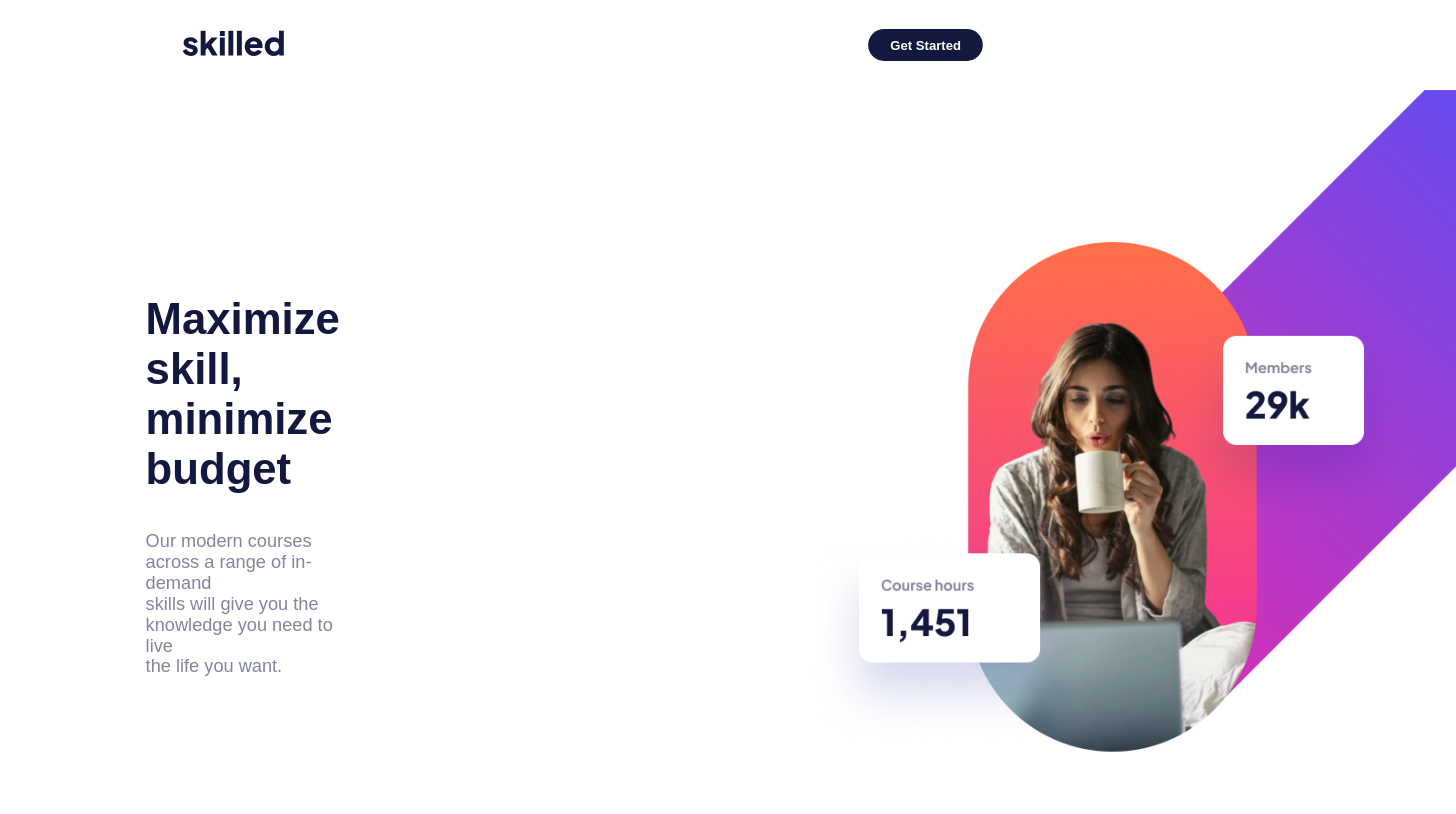
Repository: exe-walt/E-Learning-Landing-Page
Page: index.html
These files come from the project's save history. The page is drawn as it stood at one moment and after the next save; the edit follows.
The browser window is 1280 px wide. The page is 1600 px wide, then 1280 px, so the pictures cover 1600 px, including what lies to the right of the window. The pictures show the whole page, at 91% of full size.
Some web fonts or font styles are not loaded; a fallback is used.

Above is the page before, as saved 2025-05-27 21:38:52.

After the next save:
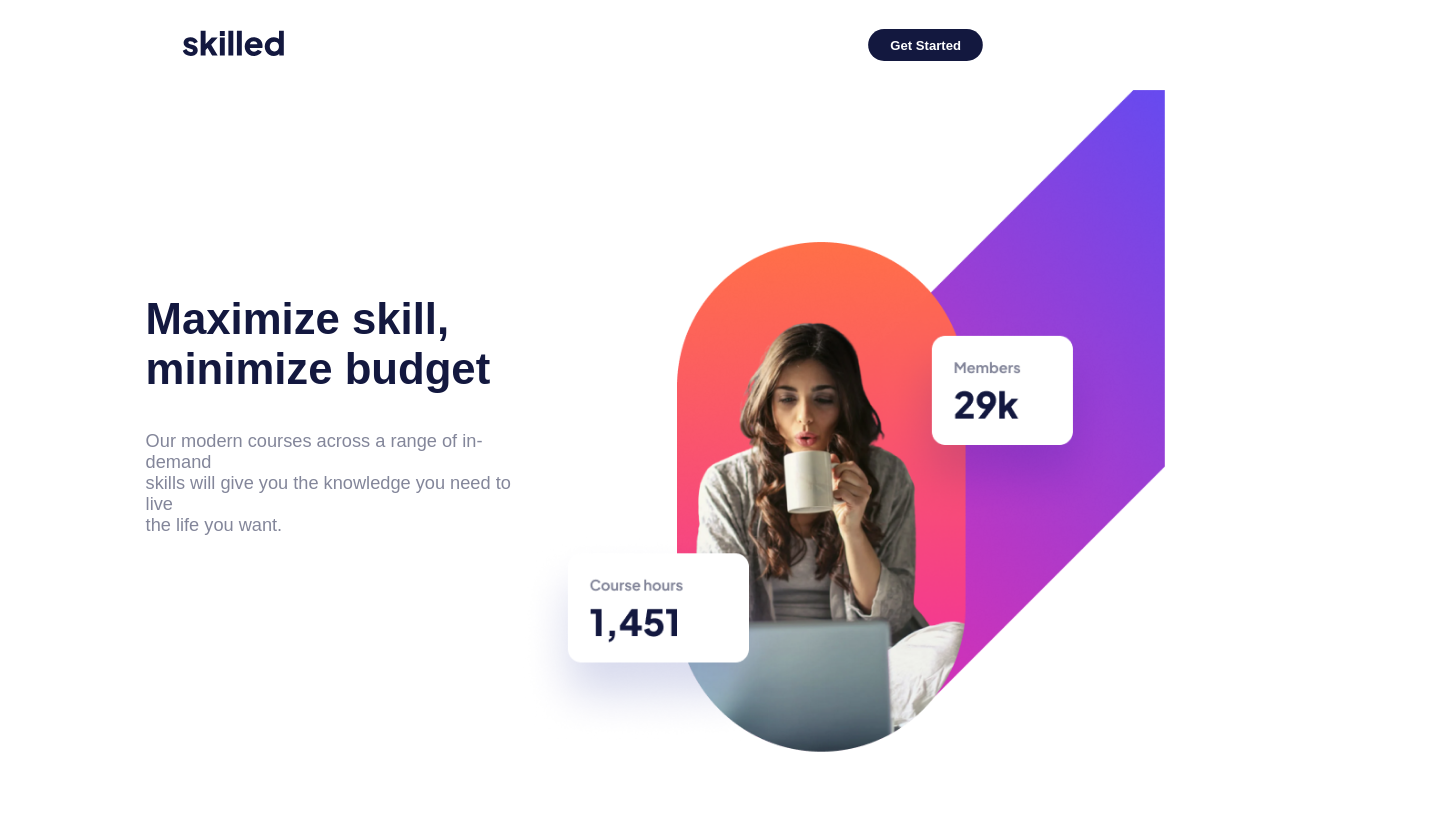
Saved 54 s later.
--- a/css/style.css
+++ b/css/style.css
@@ -63,7 +63,6 @@ body {
 .hero-text{
   margin-left: 10em;
   margin-top: 11.5em;
-  margin-right: 32.3em;
 
 }
 
